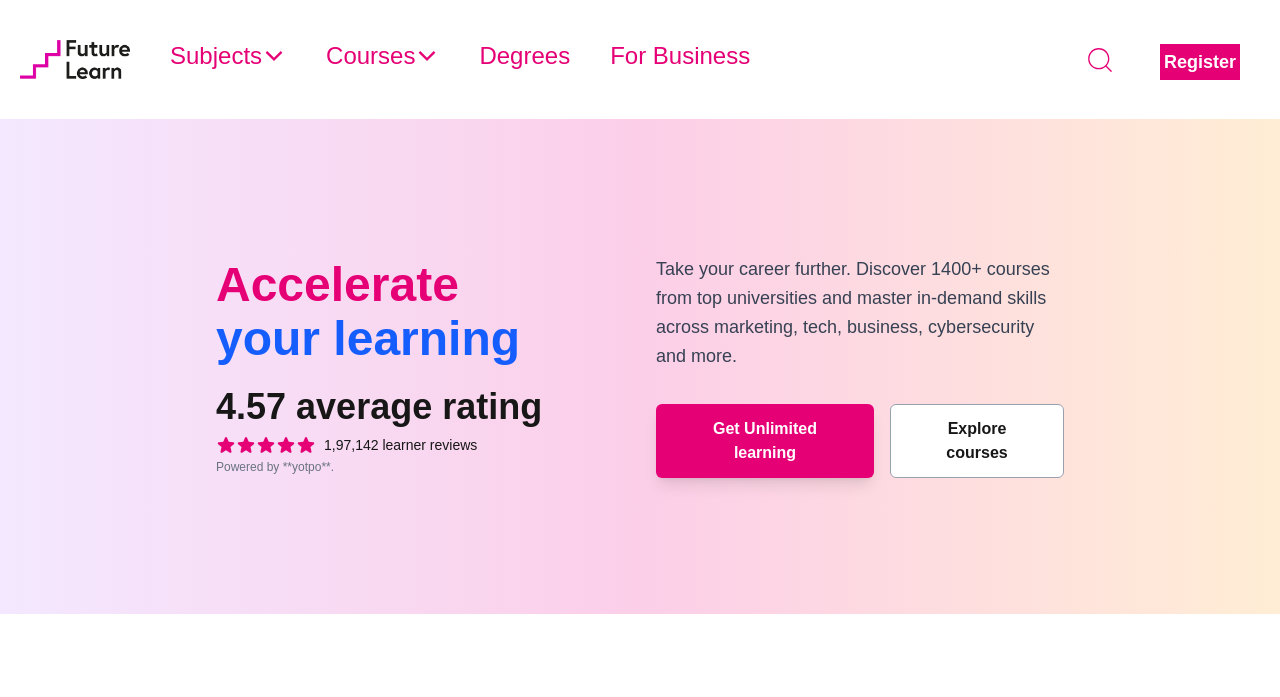
Repository: Aayu0981/Courses-App
Page: / (app in my-app/)
An editor plug-in stored every save of this project. The page is shown before and after a run of saves, followed by the edit.
The browser window is 1280 px wide. The pictures show the whole page.
The project was rebuilt for these pictures with package versions that can differ from the ones it lists, and the page was loaded fresh each time. The framework's server and built-in components were replaced by stand-ins that run in the browser. Also part of the build but not shown: my-app/next.config.ts.

Above is the page before, as saved 2025-11-21 14:37:10.

After the next 3 saves:
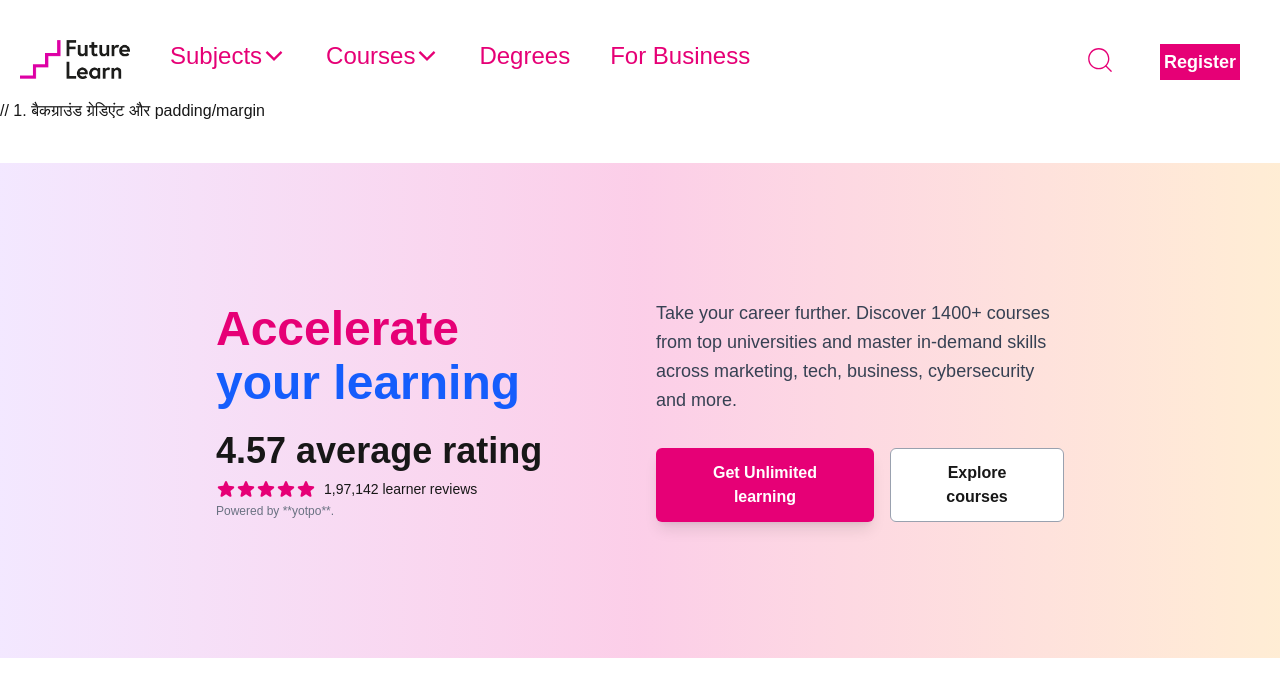
The 3 saves are shown as one change because 2 did not build or start.
The last was saved 56 s later.
--- a/my-app/app/Components/MidP.tsx
+++ b/my-app/app/Components/MidP.tsx
@@ -3,7 +3,7 @@
 import { StarIcon } from '@heroicons/react/24/solid';
 
 export default function HeroSection() {
-  return (
+  return (<>
     // 1. बैकग्राउंड ग्रेडिएंट और padding/margin
     <section className="bg-gradient-to-r from-purple-100 via-pink-200 to-orange-100 py-16 md:py-34 mt-10 p-50">
       <div className="container mx-auto px-4">
@@ -61,5 +61,7 @@
       </div>
 
     </section>
+
+    </>
   );
 }

After the 3 saves that followed:
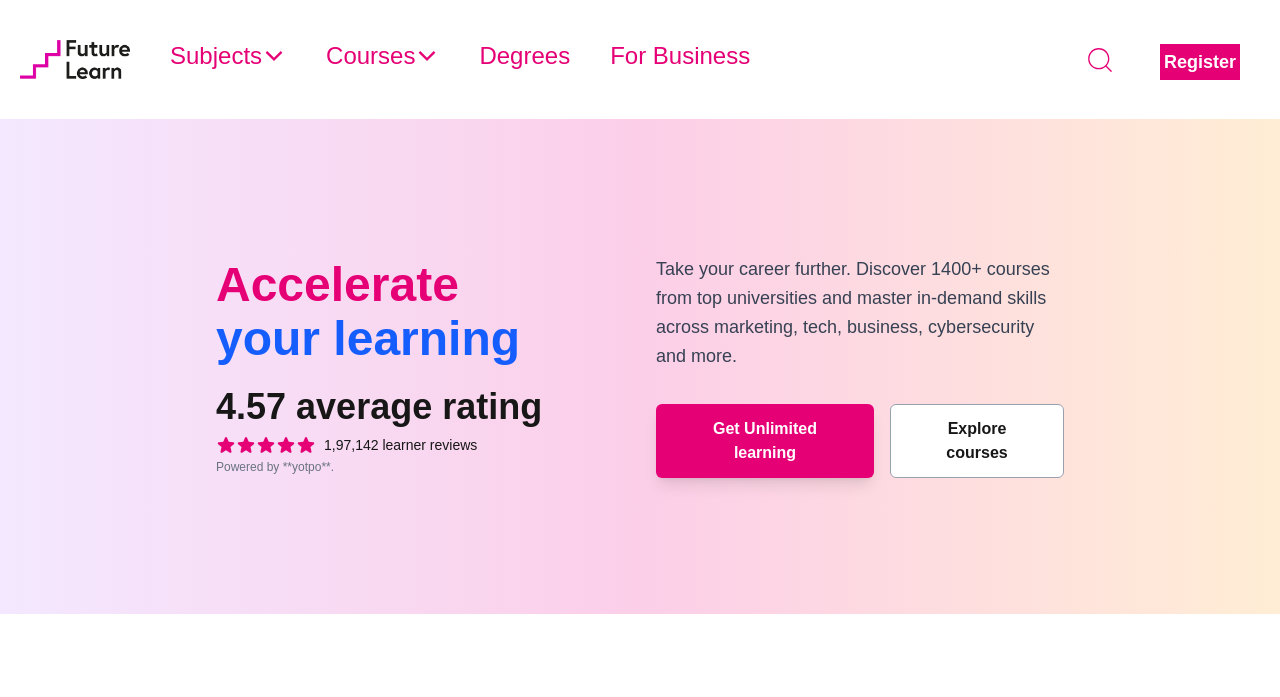
The 3 saves are shown as one change because 1 left the picture as it was and some came seconds apart.
The last was saved 2 min 12 s later.
--- a/my-app/app/Components/MidP.tsx
+++ b/my-app/app/Components/MidP.tsx
@@ -4,7 +4,7 @@
 
 export default function HeroSection() {
   return (<>
-    // 1. बैकग्राउंड ग्रेडिएंट और padding/margin
+
     <section className="bg-gradient-to-r from-purple-100 via-pink-200 to-orange-100 py-16 md:py-34 mt-10 p-50">
       <div className="container mx-auto px-4">
 
@@ -62,6 +62,8 @@
 
     </section>
 
+    <div></div>
+
     </>
   );
 }
